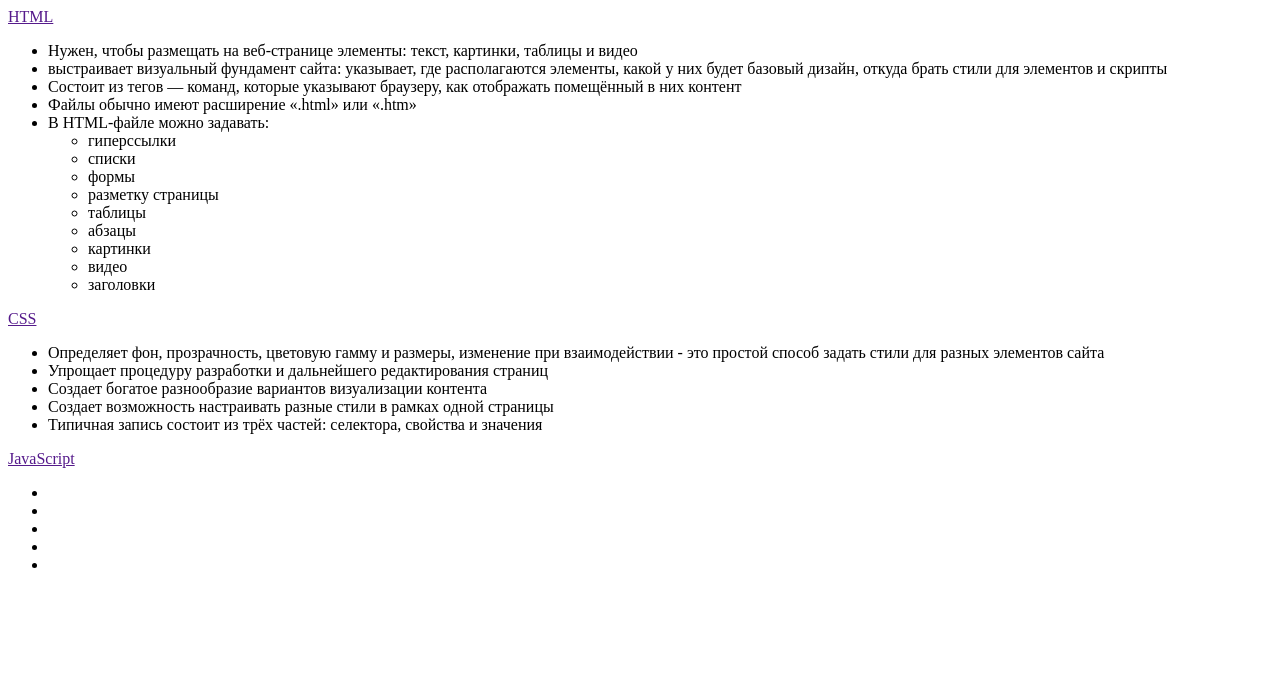
Repository: JonniRed/urban
Page: task1/second_page.html
These files come from the project's save history. The page is drawn as it stood at one moment and after the next save; the edit follows.
The browser window is 1280 px wide. The pictures show the whole page.

Above is the page before, as saved 2024-09-10 10:52:00.

### task1/second_page.html
<!DOCTYPE html>
<html lang="en">

<head>
  <meta charset="UTF-8">
  <meta name="viewport" content="width=device-width, initial-scale=1.0">
  <title>About HTML, CSS, JS</title>
</head>

<body>
  <div>
    <article>
      <a href="">HTML</a>
      <ul>
        <li>Нужен, чтобы размещать на веб-странице элементы: текст, картинки, таблицы и видео</li>
        <li>выстраивает визуальный фундамент сайта: указывает, где располагаются элементы, какой у них будет базовый
          дизайн, откуда брать стили для элементов и скрипты</li>
        <li>Состоит из тегов — команд, которые указывают браузеру, как отображать помещённый в них контент</li>
        <li>Файлы обычно имеют расширение «.html» или «.htm»</li>
        <li>В HTML-файле можно задавать:
          <ul>
            <li>гиперссылки</li>
            <li>списки</li>
            <li>формы</li>
            <li>разметку страницы</li>
            <li>таблицы</li>
            <li>абзацы</li>
            <li>картинки</li>
            <li>видео</li>
            <li>заголовки</li>
          </ul>
        </li>
      </ul>
    </article>
    <article>
      <a href="">CSS</a>
      <ul>
        <li>Определяет фон, прозрачность, цветовую гамму и размеры, изменение при взаимодействии - это простой способ
          задать стили для разных элементов сайта</li>
        <li>Упрощает процедуру разработки и дальнейшего редактирования страниц</li>
        <li>Создает богатое разнообразие вариантов визуализации контента</li>
        <li>Создает возможность настраивать разные стили в рамках одной страницы</li>
        <li>Типичная запись состоит из трёх частей: селектора, свойства и значения</li>
      </ul>
    </article>
    <article>
      <a href="">JavaScript</a>
      <ul>
        <li></li>
        <li></li>
        <li></li>
        <li></li>
        <li></li>
      </ul>
    </article>

  </div>
</body>

</html>

After the next save:
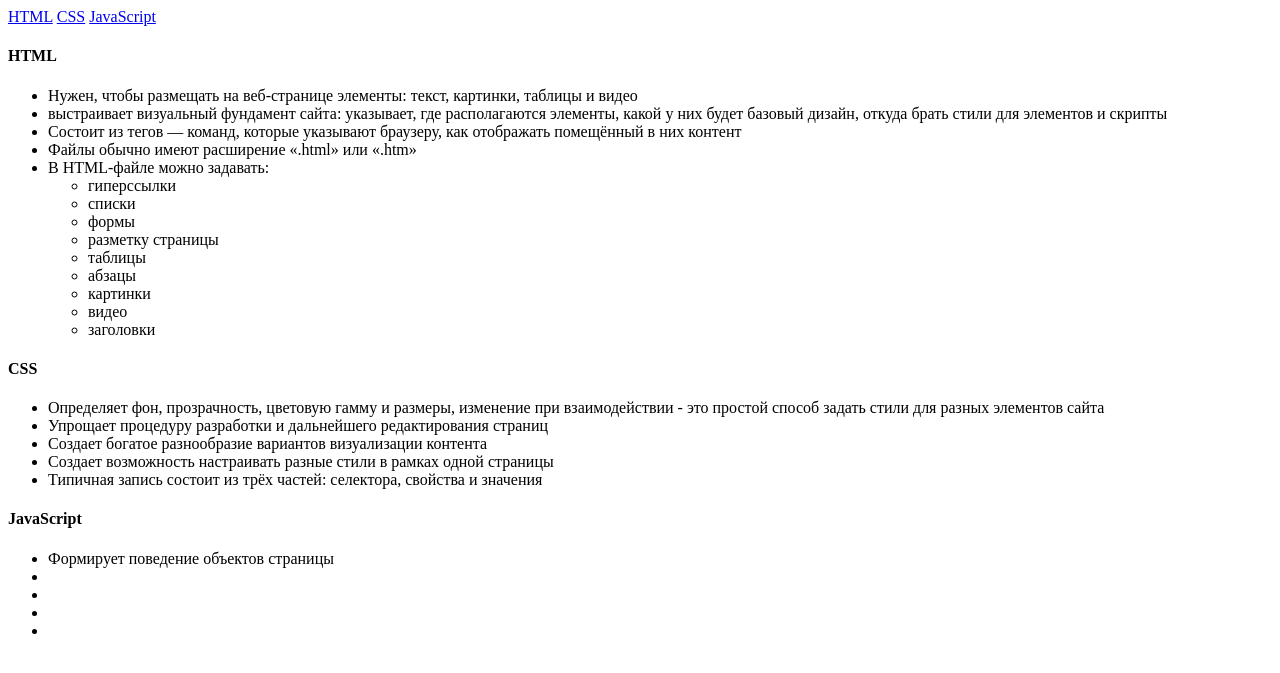
Saved 5 min 34 s later.
--- a/task1/second_page.html
+++ b/task1/second_page.html
@@ -9,8 +9,11 @@
 
 <body>
   <div>
+    <a href="#html">HTML</a>
+    <a href="#css">CSS</a>
+    <a href="#js">JavaScript</a>
     <article>
-      <a href="">HTML</a>
+      <h4 id="html">HTML</h4>
       <ul>
         <li>Нужен, чтобы размещать на веб-странице элементы: текст, картинки, таблицы и видео</li>
         <li>выстраивает визуальный фундамент сайта: указывает, где располагаются элементы, какой у них будет базовый
@@ -33,7 +36,7 @@
       </ul>
     </article>
     <article>
-      <a href="">CSS</a>
+      <h4 id="css">CSS</h4>
       <ul>
         <li>Определяет фон, прозрачность, цветовую гамму и размеры, изменение при взаимодействии - это простой способ
           задать стили для разных элементов сайта</li>
@@ -44,9 +47,9 @@
       </ul>
     </article>
     <article>
-      <a href="">JavaScript</a>
+      <h4 id="js">JavaScript</h4>
       <ul>
-        <li></li>
+        <li>Формирует поведение объектов страницы</li>
         <li></li>
         <li></li>
         <li></li>
